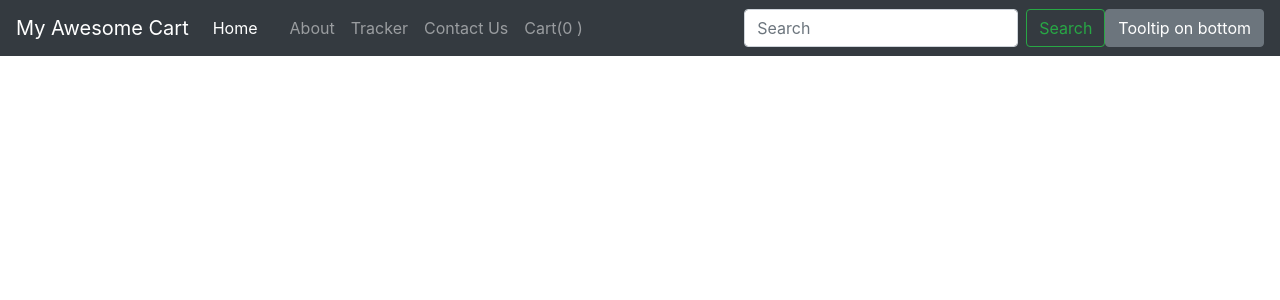
Repository: MayankDubey007/E-commerce-Web
Page: shop/templates/shop/base.html
The author's editor kept a copy of each file at every save. The page is drawn from the files as they stood at one save, then again after a run of saves.
The browser window is 1280 px wide. The pictures show the whole page.
Some web libraries are served in a nearby version. The page is served by the project's application, run on Django 3.2 (manage.py). The template is opened directly, without the code that normally fills it, so the values that code supplies are empty.

Above is the page before, as saved 2021-06-30 20:34:51.

After the next 3 saves:
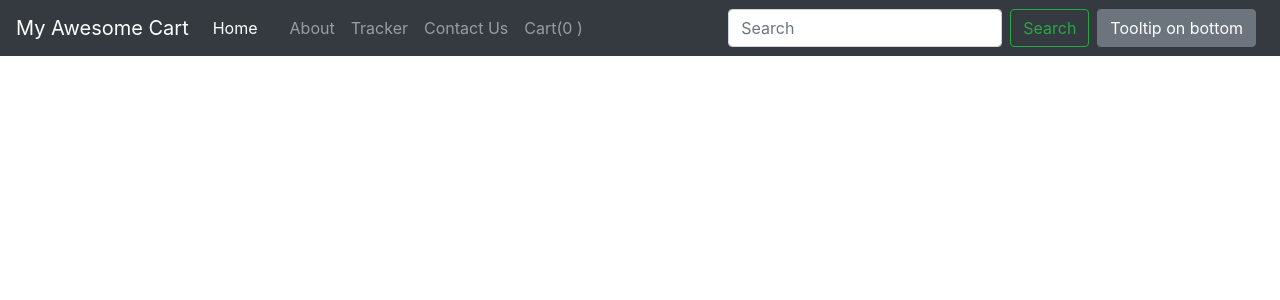
The 3 saves are shown as one change because they came seconds apart.
The last was saved 64 s later.
--- a/shop/templates/shop/base.html
+++ b/shop/templates/shop/base.html
@@ -47,7 +47,7 @@
       <input class="form-control mr-sm-2" type="search" placeholder="Search" aria-label="Search">
       <button class="btn btn-outline-success my-2 my-sm-0" type="submit">Search</button>
     </form>
-    <button type="button" class="btn btn-secondary" data-bs-toggle="tooltip" data-bs-placement="bottom" title="Tooltip on bottom">
+    <button type="button" class="btn btn-secondary mx-2" data-bs-toggle="tooltip" data-bs-placement="bottom" title="Tooltip on bottom">
       Tooltip on bottom
     </button>
   </div>
